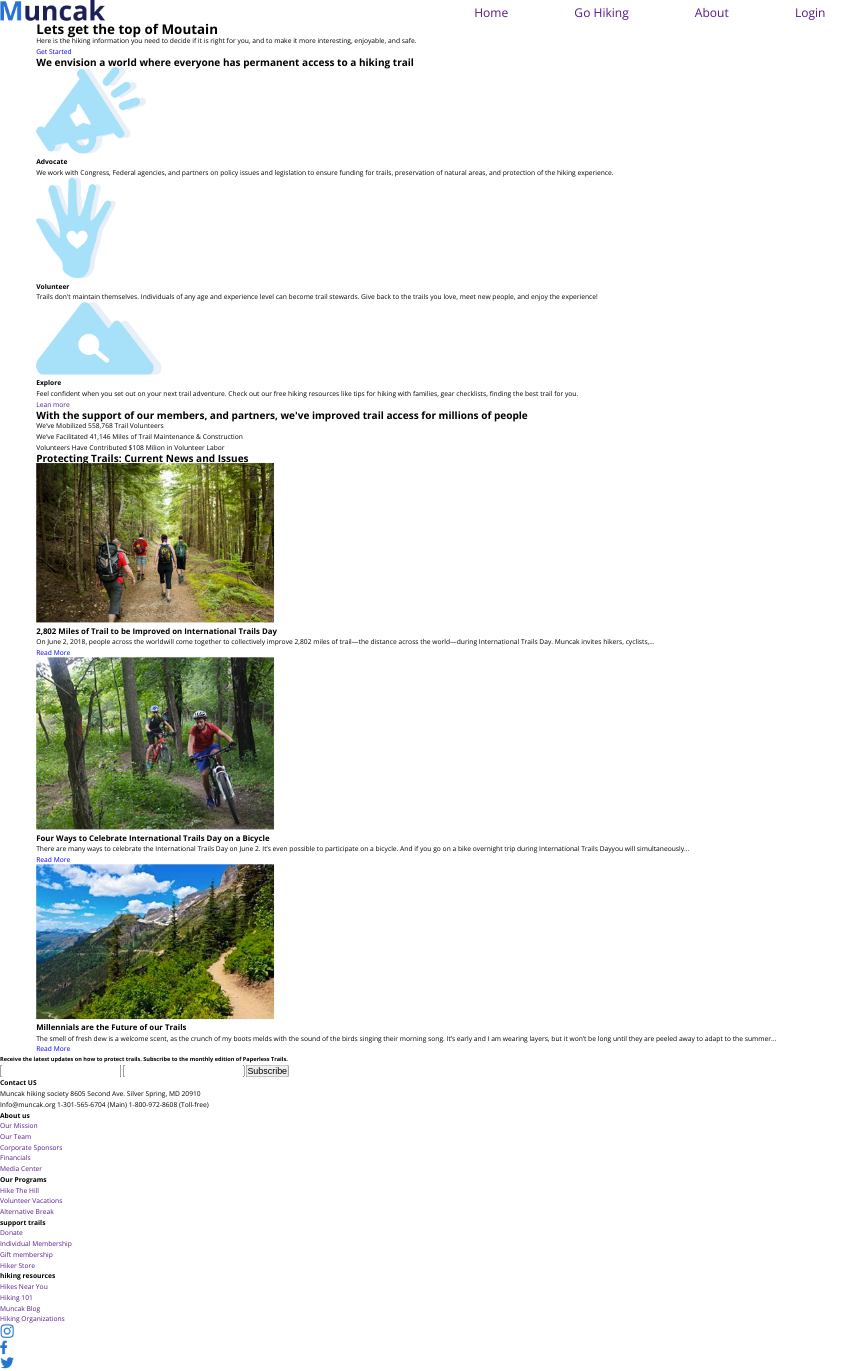
Repository: huubinh98/Project
Page: muncak/index.html
These files come from the project's save history. The page is drawn as it stood at one moment and after the next save; the edit follows.
The browser window is 1280 px wide. The pictures show the whole page, at 67% of full size.

Above is the page before, as saved 2021-08-28 15:53:27.

After the next save:
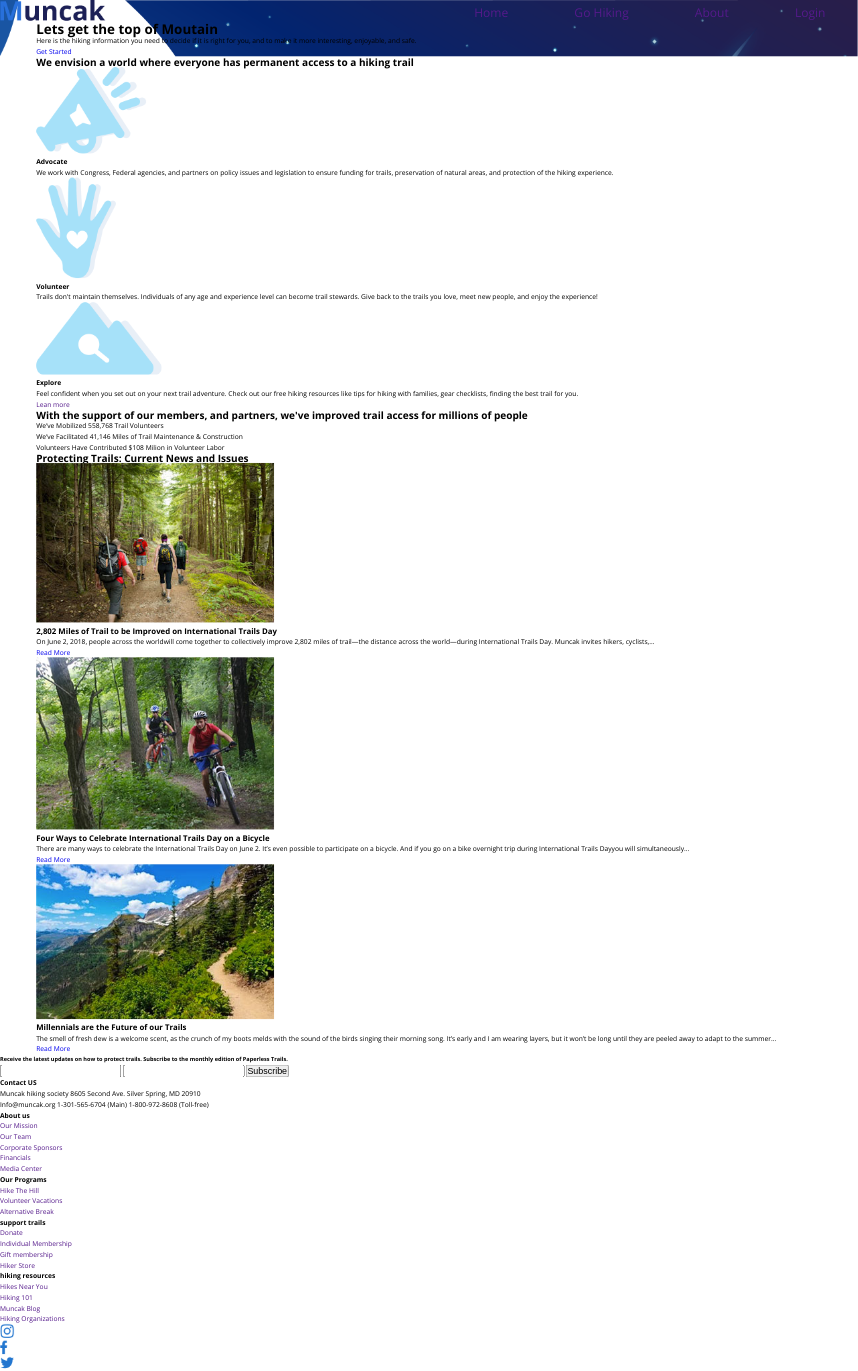
Saved 10 min 30 s later.
--- a/muncak/style.css
+++ b/muncak/style.css
@@ -29,6 +29,14 @@ a {
     max-width: 1172px;
     width: 100%;
     margin: 0 auto;
+}
+
+.header {
+    background-color: white;
+    background-image: url(./image/backgroudleft1.png), url(./image/Muncak-Landing-Page.png);
+    background-position: left bottom, right top;
+    background-repeat: no-repeat, no-repeat;
+    background-size: ;
 }
 
 .header-nav {
